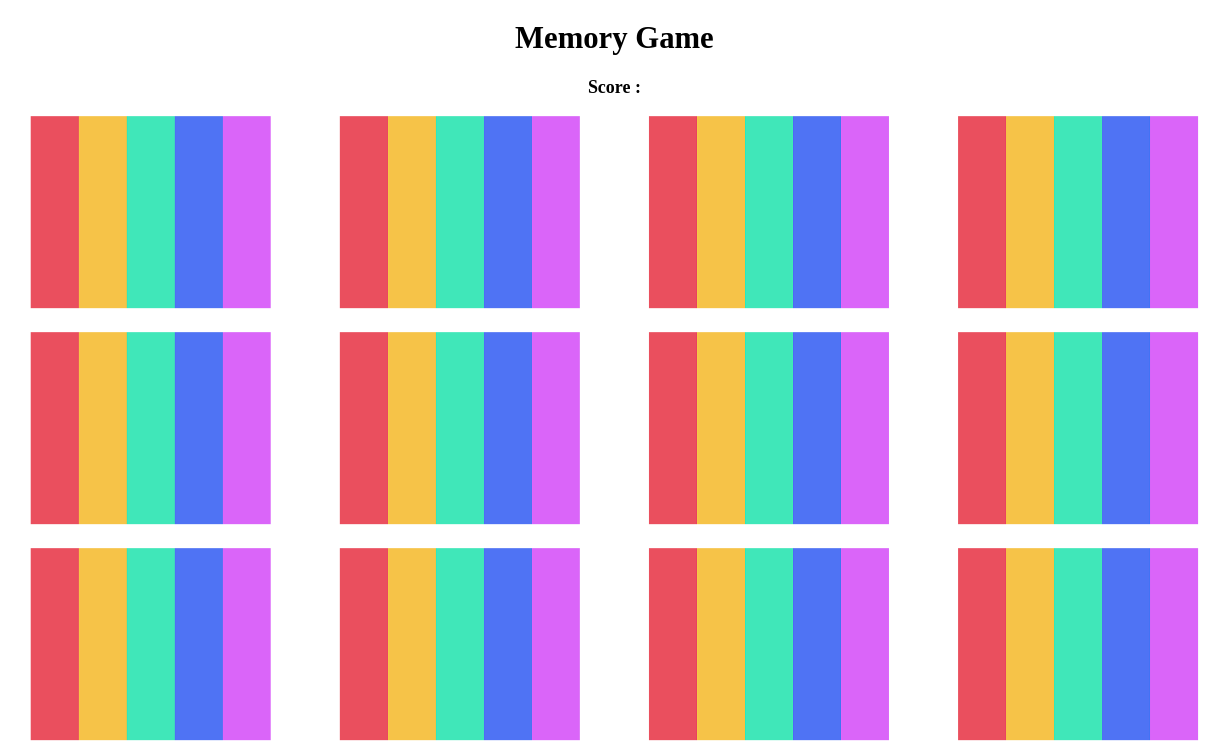
Repository: divyaravada/javascript-games
Page: memory-game/memorygame.html
These files come from the project's save history. The page is drawn as it stood at one moment and after the next save; the edit follows.
The browser window is 1280 px wide. The pictures show the whole page, at 96% of full size.

Above is the page before, as saved 2022-03-15 17:14:38.

After the next save:
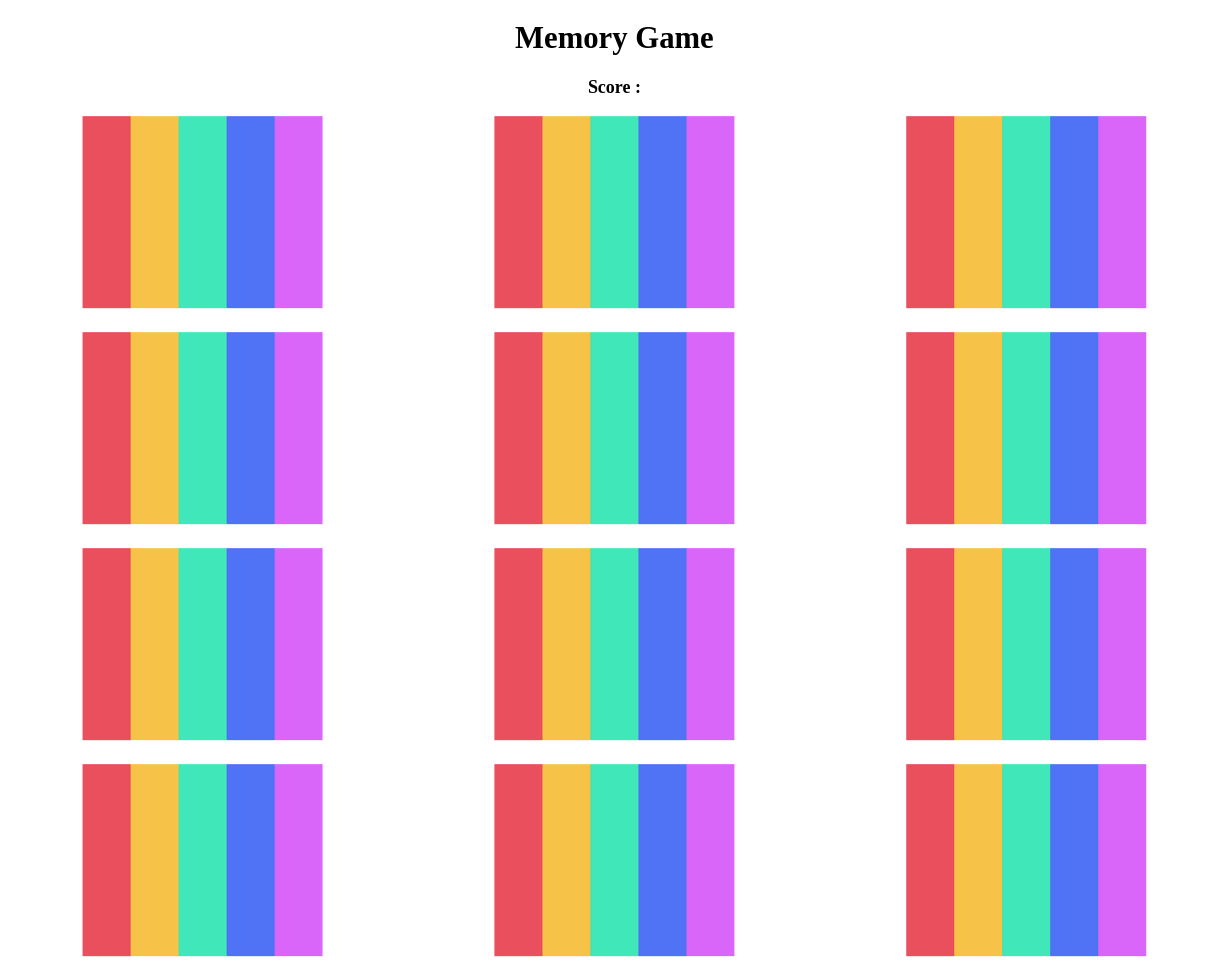
Saved 18 s later.
--- a/memory-game/memorystyle.css
+++ b/memory-game/memorystyle.css
@@ -5,7 +5,7 @@
 }
 #grid {
   display: grid;
-  grid-template-columns: repeat(auto-fit, minmax(250px, 1fr));
+  grid-template-columns: repeat(auto-fit, minmax(300px, 1fr));
   grid-gap: 1.5rem;
   justify-items: center;
   margin: 0;
